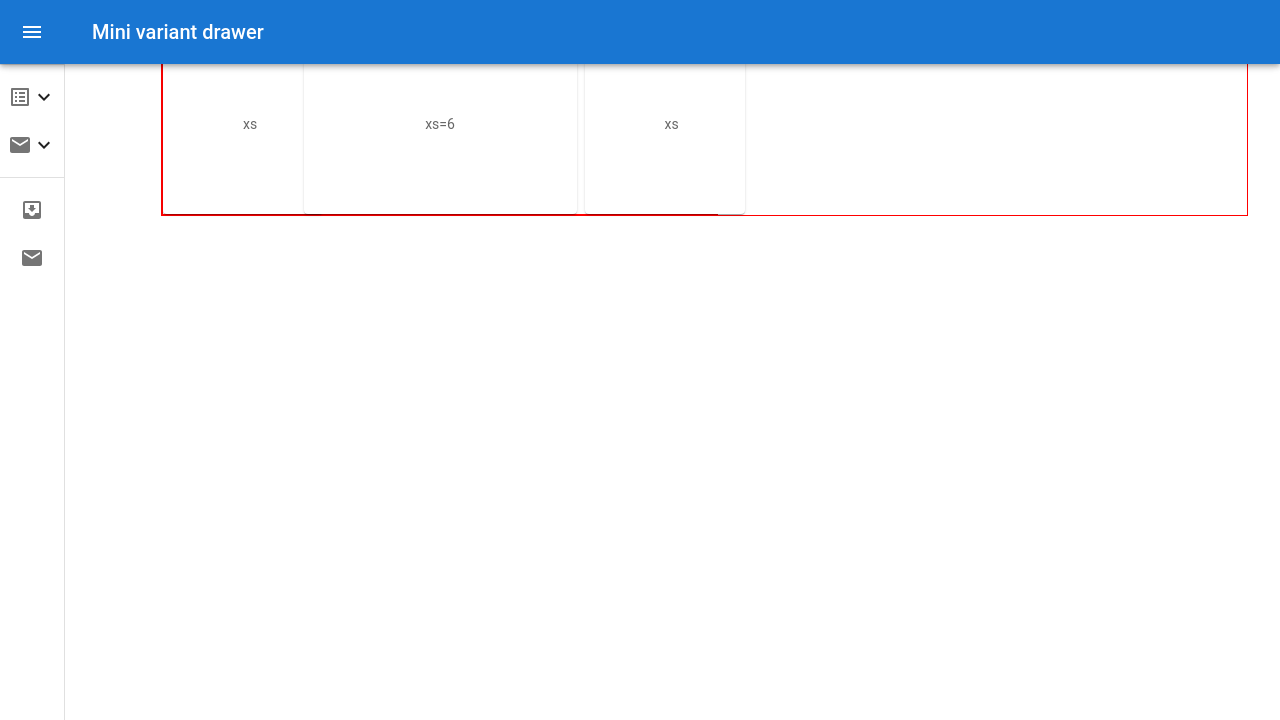
Repository: Vijay-Singh1/office-tools
Page: /createForm/Create-Form
The author's editor kept a copy of each file at every save. The page is drawn from the files as they stood at one save, then again after the next save.
The browser window is 1280 px wide. The pictures show the whole page.
The project was rebuilt for these pictures with package versions that can differ from the ones it lists, and the page was loaded fresh each time. Also part of the build but not shown: vite.config.ts, src/FormBuilderApp/src/pages/OpenForms.tsx.

Above is the page before, as saved 2024-09-02 22:23:22.

### index.html
<!doctype html>
<html lang="en">
  <head>
    <meta charset="UTF-8" />
    <link rel="icon" type="image/svg+xml" href="/vite.svg" />
    <meta name="viewport" content="width=device-width, initial-scale=1.0" />
    <title>Office Tools</title>
  </head>
  <body>
    <div id="root"></div>
    <script type="module" src="/src/main.tsx"></script>
  </body>
</html>

### src/main.tsx
import { StrictMode } from 'react'
import { createRoot } from 'react-dom/client'
import App from './App.tsx'
import './index.css'// Import Tailwind CSS
import { ThemeProvider } from '@mui/material/styles';
import CssBaseline from '@mui/material/CssBaseline';
import theme from "./appTheme/appTheme.ts"
import AppRoutes from './routes.js';
createRoot(document.getElementById('root')!).render(
  <StrictMode>
    <ThemeProvider theme={theme}>
    <CssBaseline />
    <AppRoutes />
    </ThemeProvider>
  </StrictMode>,
)

### src/appTheme/appTheme.ts
// src/theme.ts
import { createTheme, ThemeOptions } from '@mui/material/styles';

const themeOptions: ThemeOptions = {
  palette: {
    primary: {
      main: '#1976d2',
    },
    secondary: {
      main: '#dc004e',
    },
  },
  typography: {
    fontFamily: 'Roboto, Arial, sans-serif',
    h1: {
      fontSize: '2.5rem',
      fontWeight: 500,
    },
    body1: {
      fontSize: '1rem',
    },
  },
  components: {
    MuiButton: {
      styleOverrides: {
        root: {
          textTransform: 'none',
          borderRadius: '8px',
        },
      },
    },
  },
};

const theme = createTheme(themeOptions);

export default theme;

### src/routes.tsx
import React from 'react';
import { createBrowserRouter, RouterProvider } from 'react-router-dom';

import Sidebar from './components/sidebar';
import { formBuilderRoutes } from './FormBuilderApp/src/formBuilderRoutes';
import App from './App';

// Combine routes from different modules
const router = createBrowserRouter([
  {
    path: '/',
    element: <App />,
    children: [
      ...formBuilderRoutes
      // Add other module routes here
    ],
  },
]);

const AppRoutes: React.FC = () => {
  return <RouterProvider router={router} />;
};

export default AppRoutes;

### src/FormBuilderApp/src/formBuilderRoutes.tsx
import React from 'react';
import { RouteObject } from 'react-router-dom';
import FormBuilderHome from './pages/FormBuilderHome';
import CreateForm from './pages/CreateForm';
import OpenForms from './pages/OpenForms';


export const formBuilderRoutes: RouteObject[] = [
  {
    path: 'createForm',
    element: <FormBuilderHome />,
    children: [
      {
        path: '/createForm/Create-Form',
        element: <CreateForm />,
      },
      {
        path: '/createForm/Open-Form',
        element: <OpenForms />,
      },
    ],
  },
];

### src/App.tsx
import { Outlet } from "react-router-dom";
import "./App.css";
import Sidebar from "./components/sidebar";
import { Box } from "@mui/material";

const App: React.FC = () => {
  return (
    <Box display="flex" width="100%" >

      <Sidebar />

      <Box display="flex" border = "1px solid red" flexGrow = {1} >
        <Outlet />
      </Box>
    </Box>
  );
};

export default App;

### src/FormBuilderApp/src/pages/FormBuilderHome.tsx
import React from 'react'
import { Outlet } from 'react-router-dom'

const FormBuilderHome = () => {
  return (
    <div id="detail">
        <Outlet />
      </div>
  )
}

export default FormBuilderHome

### src/FormBuilderApp/src/pages/CreateForm.tsx
import { styled } from '@mui/material/styles';
import Box from '@mui/material/Box';
import Paper from '@mui/material/Paper';
import Grid from '@mui/material/Grid';
import React from 'react'



const Item = styled(Paper)(({ theme }) => ({
  backgroundColor: theme.palette.mode === 'dark' ? '#1A2027' : '#fff',
  ...theme.typography.body2,
  padding: theme.spacing(10),
  textAlign: 'center',
  color: theme.palette.text.secondary,
}));
const CreateForm : React.FC = () => {
  return (
    <Box border={"1px solid red"} flexGrow = {1} >
      <Grid container spacing={1} >
        <Grid item xs={3}>
          <Item>xs</Item>
        </Grid>
        <Grid item xs={6}>
          <Item>xs=6</Item>
        </Grid>
        <Grid item xs={3} >
          <Item>xs</Item>
        </Grid>
      </Grid>
    </Box>
  )
}

export default CreateForm

### src/components/sidebar/index.tsx
import * as React from 'react';
import { styled, useTheme, Theme, CSSObject } from '@mui/material/styles';
import Box from '@mui/material/Box';
import MuiDrawer from '@mui/material/Drawer';
import MuiAppBar, { AppBarProps as MuiAppBarProps } from '@mui/material/AppBar'; // <-- Use MuiAppBar here for clarity
import Toolbar from '@mui/material/Toolbar';
import List from '@mui/material/List';
import CssBaseline from '@mui/material/CssBaseline';
import Typography from '@mui/material/Typography';
import Divider from '@mui/material/Divider';
import IconButton from '@mui/material/IconButton';
import MenuIcon from '@mui/icons-material/Menu';
import ChevronLeftIcon from '@mui/icons-material/ChevronLeft';
import ChevronRightIcon from '@mui/icons-material/ChevronRight';
import ListItem from '@mui/material/ListItem';
import ListItemButton from '@mui/material/ListItemButton';
import ListItemIcon from '@mui/material/ListItemIcon';
import ListItemText from '@mui/material/ListItemText';
import InboxIcon from '@mui/icons-material/MoveToInbox';
import MailIcon from '@mui/icons-material/Mail';
import Collapse from '@mui/material/Collapse';
import ExpandLess from '@mui/icons-material/ExpandLess';
import ExpandMore from '@mui/icons-material/ExpandMore';
import ListAltIcon from '@mui/icons-material/ListAlt';
import {  Link } from "react-router-dom";

const drawerWidth = 240;

const openedMixin = (theme: Theme): CSSObject => ({
  width: drawerWidth,
  transition: theme.transitions.create('width', {
    easing: theme.transitions.easing.sharp,
    duration: theme.transitions.duration.enteringScreen,
  }),
  overflowX: 'hidden',
});

const closedMixin = (theme: Theme): CSSObject => ({
  transition: theme.transitions.create('width', {
    easing: theme.transitions.easing.sharp,
    duration: theme.transitions.duration.leavingScreen,
  }),
  overflowX: 'hidden',
  width: `calc(${theme.spacing(7)} + 1px)`,
  [theme.breakpoints.up('sm')]: {
    width: `calc(${theme.spacing(8)} + 1px)`,
  },
});

const DrawerHeader = styled('div')(({ theme }) => ({
  display: 'flex',
  alignItems: 'center',
  justifyContent: 'flex-end',
  padding: theme.spacing(0, 1),
  // necessary for content to be below app bar
  ...theme.mixins.toolbar,
}));

interface AppBarProps extends MuiAppBarProps {
  open?: boolean;
}

const AppBar = styled(MuiAppBar, {
  shouldForwardProp: (prop) => prop !== 'open',
})<AppBarProps>(({ theme }) => ({
  zIndex: theme.zIndex.drawer + 1,
  transition: theme.transitions.create(['width', 'margin'], {
    easing: theme.transitions.easing.sharp,
    duration: theme.transitions.duration.leavingScreen,
  }),
  variants: [
    {
      props: ({ open }) => open,
      style: {
        marginLeft: drawerWidth,
        width: `calc(100% - ${drawerWidth}px)`,
        transition: theme.transitions.create(['width', 'margin'], {
          easing: theme.transitions.easing.sharp,
          duration: theme.transitions.duration.enteringScreen,
        }),
      },
    },
  ],
}));

const Drawer = styled(MuiDrawer, { shouldForwardProp: (prop) => prop !== 'open' })(
  ({ theme }) => ({
    width: drawerWidth,
    flexShrink: 0,
    whiteSpace: 'nowrap',
    boxSizing: 'border-box',
    variants: [
      {
        props: ({ open }) => open,
        style: {
          ...openedMixin(theme),
          '& .MuiDrawer-paper': openedMixin(theme),
        },
      },
      {
        props: ({ open }) => !open,
        style: {
          ...closedMixin(theme),
          '& .MuiDrawer-paper': closedMixin(theme),
        },
      },
    ],
  }),
);

const Sidebar: React.FC = () => {
  const theme = useTheme();
  const [open, setOpen] = React.useState(false);
  const [nestedOpen, setNestedOpen] = React.useState({ 0: false, 1: false });

  const handleDrawerOpen = () => {
    setOpen(true);
  };

  const handleDrawerClose = () => {
    setOpen(false);
  };

  const handleNestedClick = (index: number) => {
    setNestedOpen((prev) => ({ ...prev, [index]: !prev[index] }));
  };
  const handleClick = (element: string) => {
    if(element === "Create Form"){
      console.log(element)
    }
  };

  return (
    <Box sx={{ display: 'flex' }}>
      <CssBaseline />
      <AppBar position="fixed" open={open}>
        <Toolbar>
          <IconButton
            color="inherit"
            aria-label="open drawer"
            onClick={handleDrawerOpen}
            edge="start"
            sx={[
              { marginRight: 5 },
              open && { display: 'none' },
            ]}
          >
            <MenuIcon />
          </IconButton>
          <Typography variant="h6" noWrap component="div">
            Mini variant drawer
          </Typography>
        </Toolbar>
      </AppBar>
      <Drawer variant="permanent" open={open}>
        <DrawerHeader>
          <IconButton onClick={handleDrawerClose}>
            {theme.direction === 'rtl' ? <ChevronRightIcon /> : <ChevronLeftIcon />}
          </IconButton>
        </DrawerHeader>
        <Divider />
        <List>
          {['Form Builder', 'Image Editor'].map((text, index) => (
            <>
              <ListItem key={index} disablePadding sx={{ display: 'block' }}>
                <ListItemButton
                  onClick={() => handleNestedClick(index)}
                  sx={[
                    { minHeight: 48, px: 2.5 },
                    open ? { justifyContent: 'initial' } : { justifyContent: 'center' },
                  ]}
                >
                  <ListItemIcon
                    sx={[
                      { minWidth: 0, justifyContent: 'center' },
                      open ? { mr: 3 } : { mr: 'auto' },
                    ]}
                  >
                    {index % 2 === 0 ? <ListAltIcon /> : <MailIcon />}
                  </ListItemIcon>
                  <ListItemText
                    primary={text}
                    sx={[open ? { opacity: 1 } : { opacity: 0 }]}
                  />
                  {nestedOpen[index] ? <ExpandLess /> : <ExpandMore />}
                </ListItemButton>
              </ListItem>
              <Collapse in={nestedOpen[index]} timeout="auto" unmountOnExit>
                <List component="div" disablePadding>
                  {['Create Form', 'Open Form'].map((subtext, idx) => (
                    <Link to ={`/createForm/${subtext.split(" ")[0]}-${subtext.split(" ")[1]}`}>
                    <ListItemButton key={idx} sx={{ pl: 4 }} >
                      <ListItemIcon>
                      <ListAltIcon/>
                      </ListItemIcon>
                      <ListItemText primary={subtext} />
                    </ListItemButton>
                    </Link>
                  ))}
                </List>
              </Collapse>
            </>
          ))}
        </List>
        <Divider />
        {/* Other Items */}
        <List>
          {['Docs Creator', 'SpreadSheet'].map((text, index) => (
            <ListItem key={index} disablePadding sx={{ display: 'block' }}>
              <ListItemButton
                sx={[
                  { minHeight: 48, px: 2.5 },
                  open ? { justifyContent: 'initial' } : { justifyContent: 'center' },
                ]}
              >
                <ListItemIcon
                  sx={[
                    { minWidth: 0, justifyContent: 'center' },
                    open ? { mr: 3 } : { mr: 'auto' },
                  ]}
                >
                  {index % 2 === 0 ? <InboxIcon /> : <MailIcon />}
                </ListItemIcon>
                <ListItemText
                  primary={text}
                  sx={[open ? { opacity: 1 } : { opacity: 0 }]}
                />
              </ListItemButton>
            </ListItem>
          ))}
        </List>
      </Drawer>
      <Box component="main" sx={{ flexGrow: 1, p: 3 }}>
        <DrawerHeader />
        {/* Your Main Content Here */}
      </Box>
    </Box>
  );
};

export default Sidebar;

Loaded but not shown: src/index.css (common file); src/App.css (common file)

After the next save:
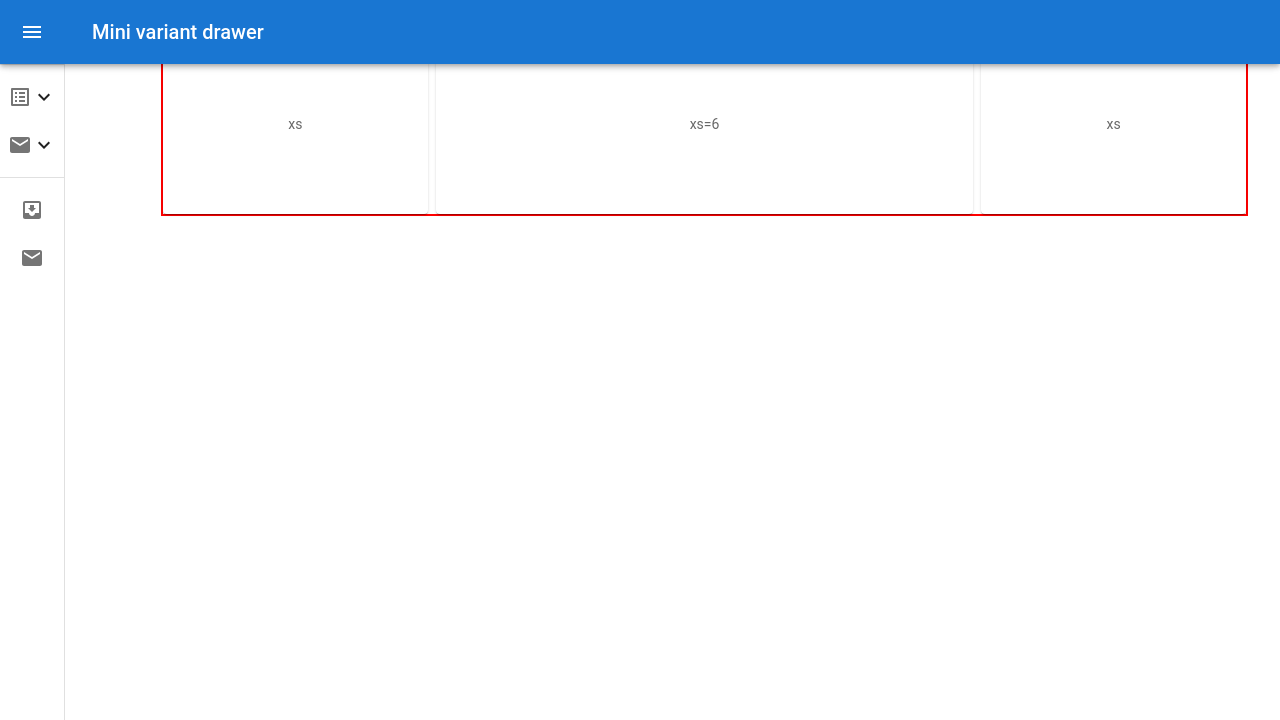
Saved 94 s later.
--- a/src/FormBuilderApp/src/pages/FormBuilderHome.tsx
+++ b/src/FormBuilderApp/src/pages/FormBuilderHome.tsx
@@ -3,9 +3,9 @@ import { Outlet } from 'react-router-dom'
 
 const FormBuilderHome = () => {
   return (
-    <div id="detail">
+
         <Outlet />
-      </div>
+
   )
 }
 
